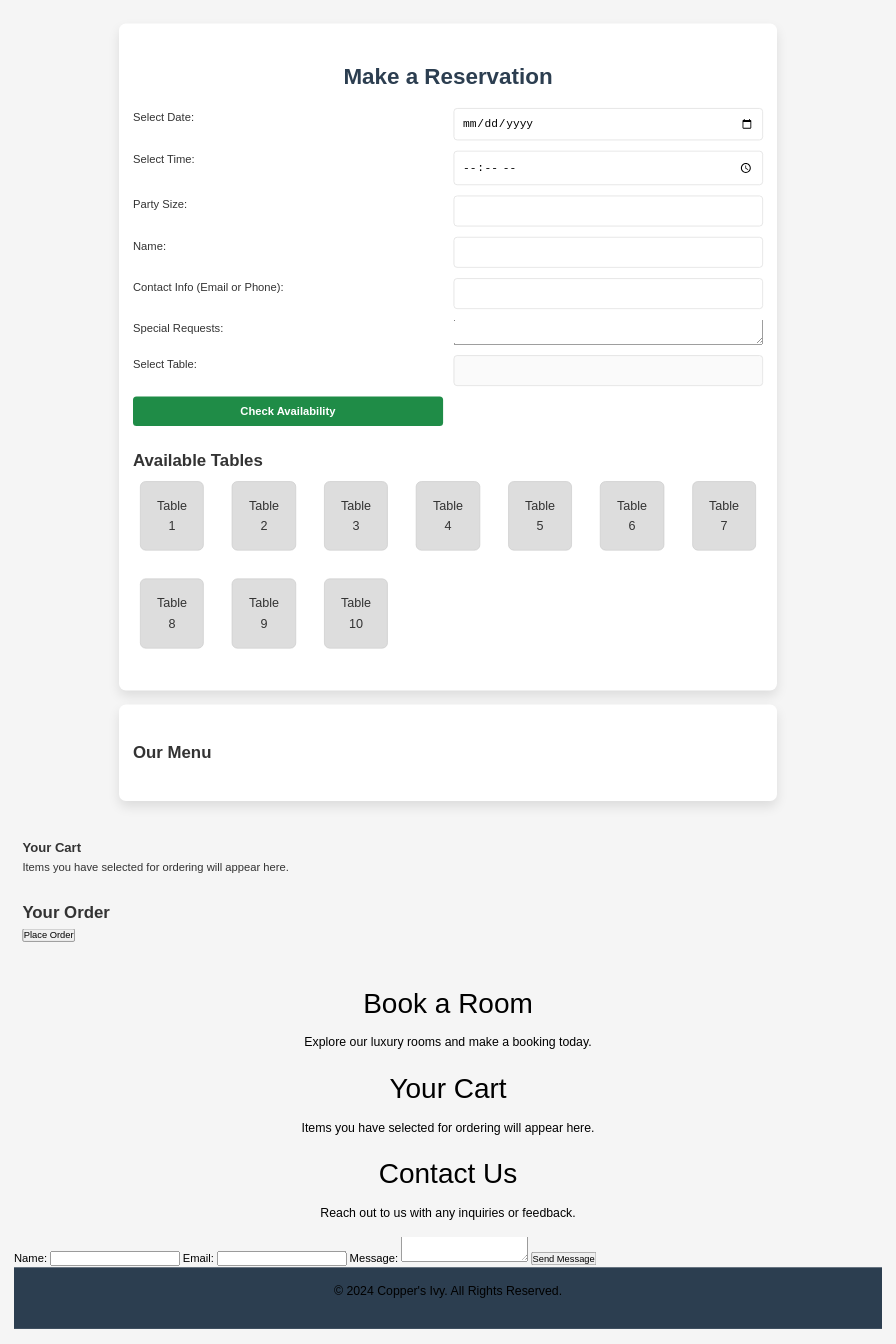
Repository: malingubarnice/Online-Reservation-System
Page: index.html
An editor plug-in stored every save of this project. The page is shown before and after the next save, followed by the edit.
The browser window is 1280 px wide. The pictures show the part of the page from y = 808 to 2728 px (the page is 2728 px tall before and 2606 px after), at 70% of full size.

Above is the page before, as saved 2025-01-07 15:11:49.

After the next save:
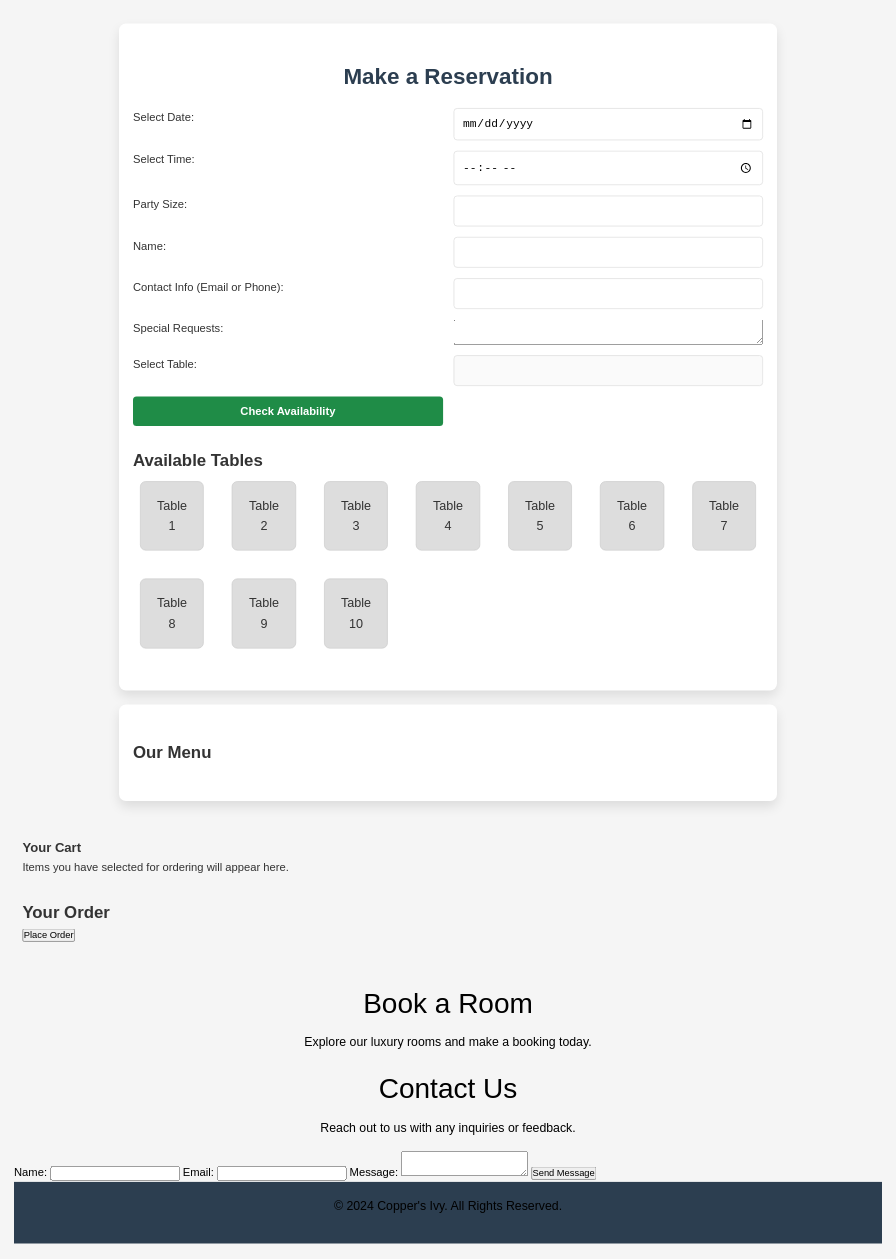
Saved 62 s later.
--- a/index.html
+++ b/index.html
@@ -173,14 +173,7 @@
 
 
 
-  <!-- Cart Section -->
-  <section id="cart">
-    <h1>Your Cart</h1>
-    <p>Items you have selected for ordering will appear here.</p>
-    <div class="cart-items">
-      <!-- Cart items dynamically loaded -->
-    </div>
-  </section>
+
 
   <!-- Contact Section -->
   <section id="contact">
